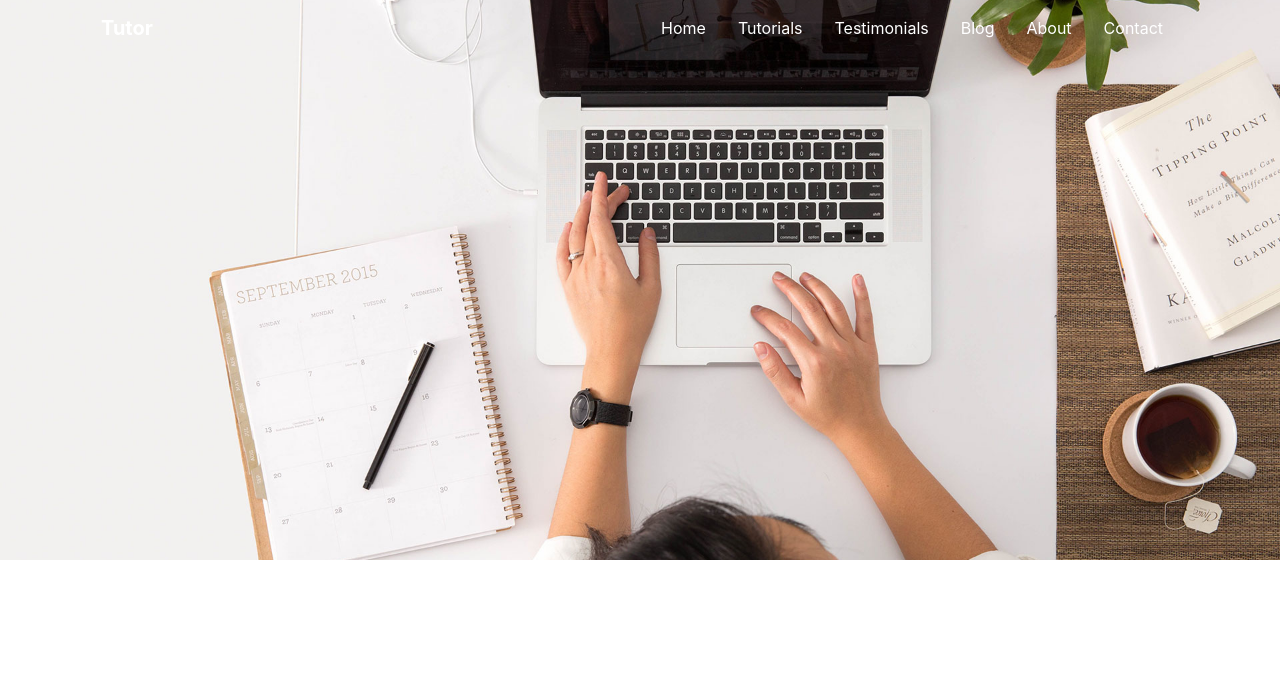
Repository: longvh2003/Tutor
Page: Views/home.html
These files come from the project's save history. The page is drawn as it stood at one moment and after the next save; the edit follows.
The browser window is 1280 px wide. The pictures show the whole page.
Some web libraries are served in a nearby version.

Above is the page before, as saved 2020-08-12 16:14:55.

After the next save:
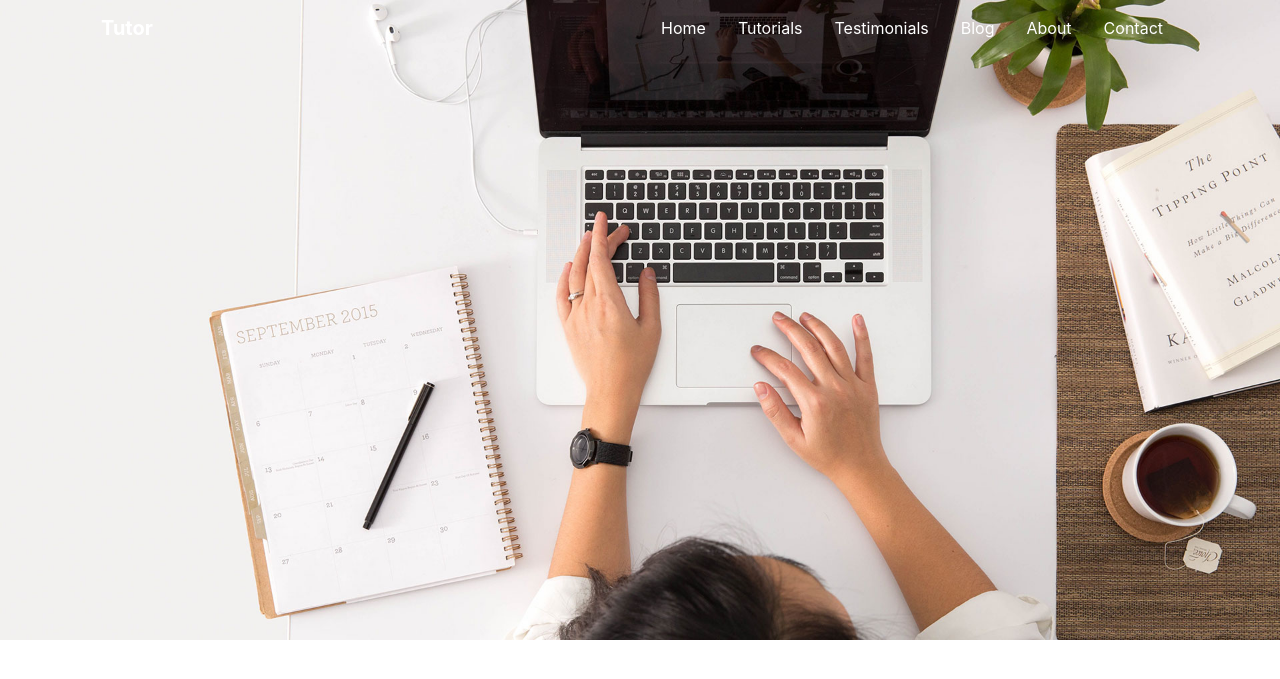
Saved 5 s later.
--- a/Css/home.css
+++ b/Css/home.css
@@ -5,7 +5,7 @@ body {
 }
 .header{
     background: url(../Image/hero_bg.jpg) no-repeat center center;
-    height: 35rem;
+    height: 40rem;
     background-size: cover;
 }
 .opacity{
